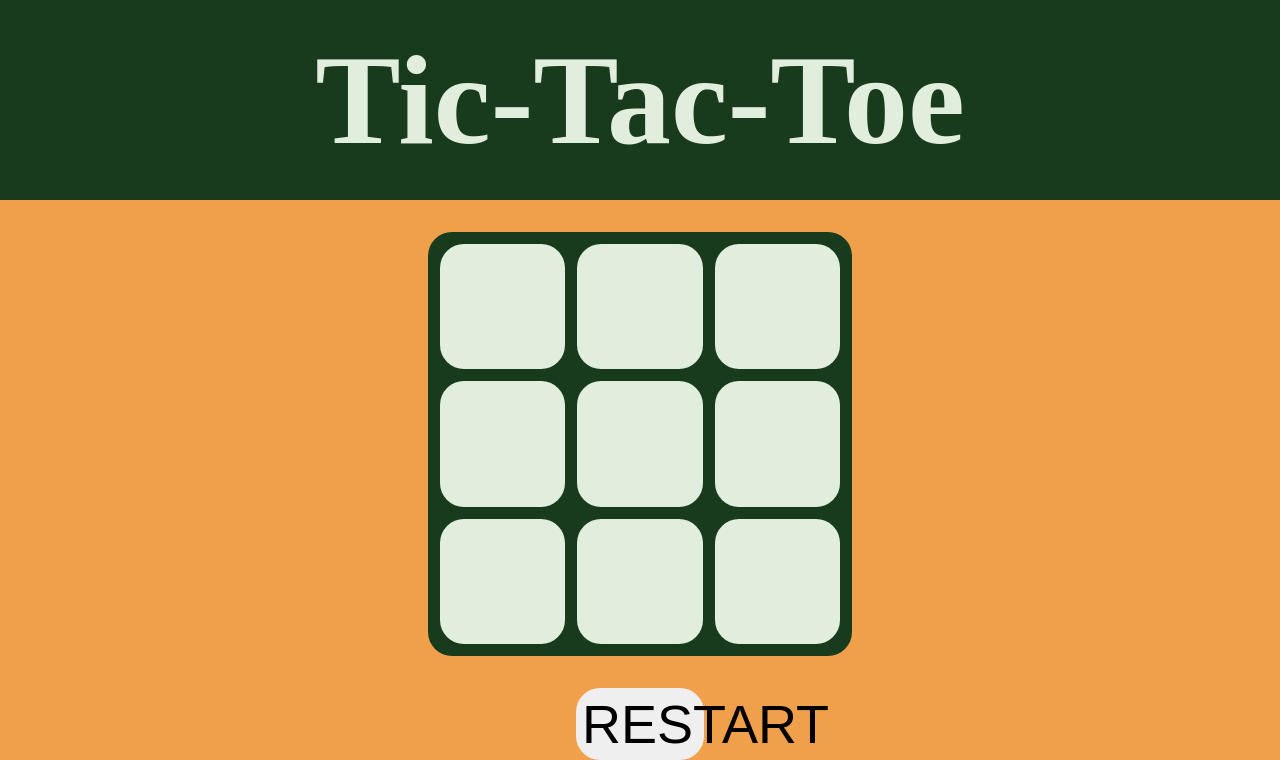
Repository: yeetzpxoci/tic-tac-toe
Page: index.html
These files come from the project's save history. The page is drawn as it stood at one moment and after the next save; the edit follows.
The browser window is 1280 px wide. The pictures show the whole page.
Some web fonts or font styles are not loaded; a fallback is used.

Above is the page before, as saved 2023-02-23 18:47:29.

After the next save:
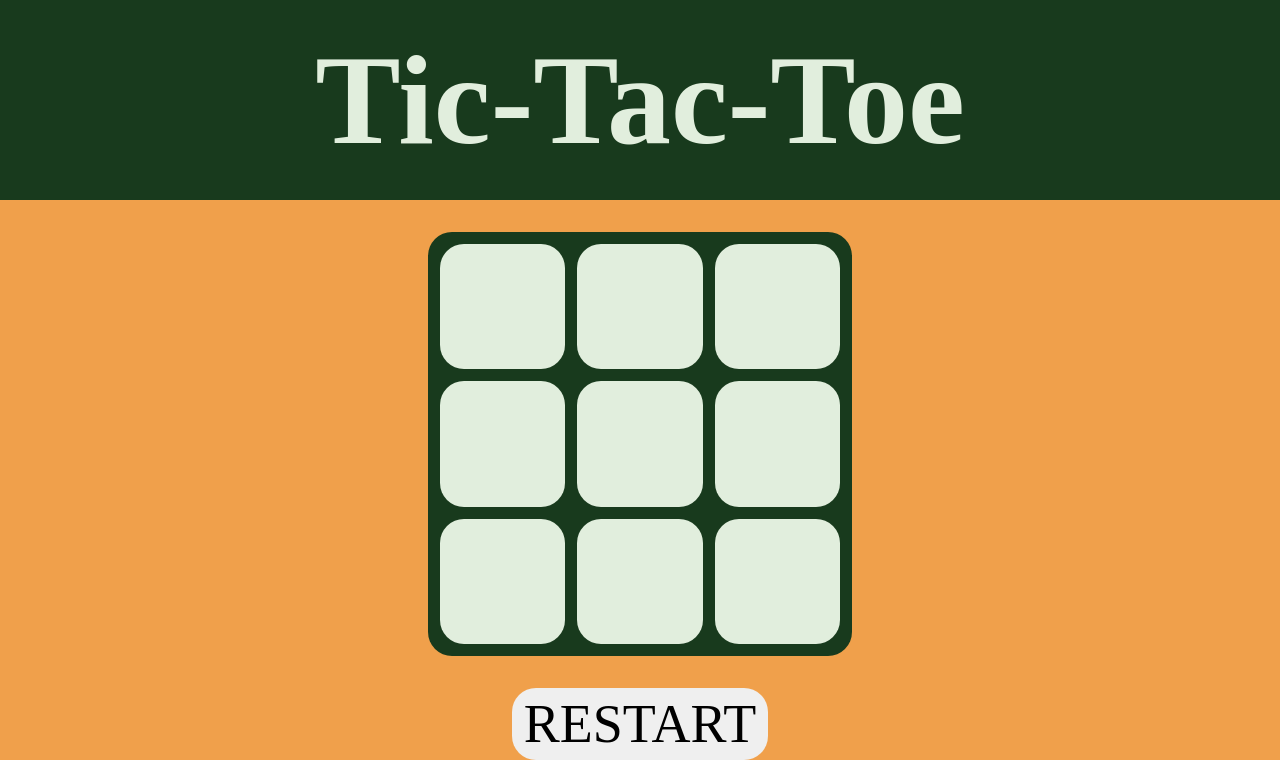
Saved 16 s later.
--- a/styles.css
+++ b/styles.css
@@ -53,9 +53,10 @@ body {
 }
 
 #restart {
-    width: 128px;
+    width: 256px;
     height: 72px;
     border-radius: 24px;
     border-width: 0px;
     font-size: 54px;
+    font-family: 'Tilt Warp', cursive;
 }
